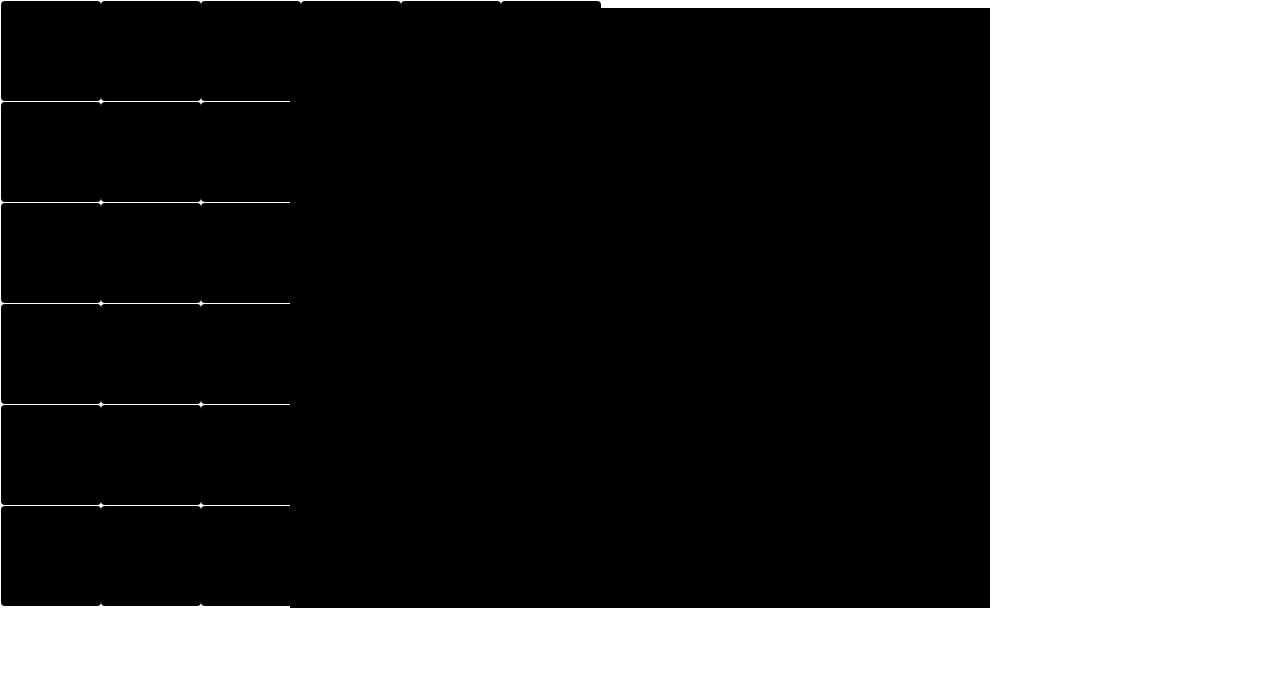
Repository: Lytecyde/emomemo
Page: html/index.html
An editor plug-in stored every save of this project. The page is shown before and after the next save, followed by the edit.
The browser window is 1280 px wide. The pictures show the whole page.

Above is the page before, as saved 2020-03-31 09:23:48.

### html/index.html
<!DOCTYPE html>
<html lang="en">
<head>
    <meta charset="utf-8">
    <meta name="viewport" content="width=device-width, initial-scale=1.0">
    <link rel="stylesheet" type="text/css" href="../css/style.css">
    <script type="text/javascript" src="../js/data.js"></script>
    <script type="text/javascript" src="../js/game.js"></script>
</head>
<body onload="game.onload();">
<div id="table">

</div>



</body>
</html>

### css/style.css
#table {
    osition: absolute;
  margin: auto;
  top: 0;
  right: 0;
  bottom: 0;
  left: 0;
  width: 700px;
  height: 600px;
  background-color: black;
}

#column {
    position: relative;
}

.card-flip {
    position: relative;
    background-color: aqua;
    width: 100px;
    height: 100px;
    margin: 1px;
    border-color: aqua;
    border-radius: 4px;
}

.card {
    position: relative;
    background: #000;
    font-size: 80px;
    color:white;
    width: 100px;
    height: 100px;
    margin: 1px;
    border-color: aqua;
    border-radius: 4px;
}

#c0 {
    position: fixed;
    top: 0px;
    left: 0px;
    width: 100px;
    height: 600px;
}

#c1 {
    position: fixed;
    top: 0px;
    left: 100px;
    width: 100px;
    height: 600px;
}

#c2 {
    position: fixed;
    top: 0px;
    left: 200px;
    width: 100px;
    height: 600px;
}
#c3 {
    position: fixed;
    top: 0px;
    left: 300px;
    width: 100px;
    height: 600px;
}

#c4 {
    position: fixed;
    top: 0px;
    left: 400px;
    width: 100px;
    height: 600px;
}

#c5 {
    position: fixed;
    top: 0px;
    left: 500px;
    width: 100px;
    height: 600px;
}

#c6 {
    position: fixed;
    top: 0px;
    left: 600pc;
    width: 100px;
    height: 600px;
}

### js/data.js
var data = {
    listOfEmoji: [
        "😯","😲",
        "🤪","🤩",
        "😌","😁",
        "😃","😃",
        "️️☺","😉",
        "😌","😍",
        "😪","😴",
        "😇","🤗",
        "😐","😑"
    ],
    doubleListOfEmoji: [
        "😯","😲",
        "🤪","🤩",
        "😌","😁",
        "😃","😆",
        "️️☺","😉",
        "🤣","😍",
        "😪","😴",
        "😇","🤗",
        "😐","😑",

        "😯","😲",
        "🤪","🤩",
        "😌","😁",
        "😃","😆",
        "️️☺","😉",
        "🤣","😍",
        "😪","😴",
        "😇","🤗",
        "😐","😑"
    ],
    maxColumns: 6,
    maxRows: 6

}

### js/game.js
/*jslint
    browser: true
*/
/*global window,console,document,data*/

var game = {
    ids: [[]],
    isFlippedArray: [[]],
    NO_EFFECT_ONCLICK: 1,
    ONCLICK: 2,
    status: 2,
    timeForCheckStart: 0,
    nowTime: 0,
    emojiArray: [],
    firstEmojiCard: "",
    secondEmojiCard: "",
    matchedCardsList: []
}

game.twoDimensionalArray = function () {
    var arr = [];
    while (arr.length < 6) {
        arr.push([]);
    }
    return arr;
};

game.createIsFlippedArray = function () {
    game.isFlippedArray = game.twoDimensionalArray();
    for (let x = 0; x < 6; x++) {
        for (let y = 0; y < 6; y++) {
            game.isFlippedArray[x][y] = false;
        }
    }
};

game.onload = function () {
    game.emojiArray = game.shuffle(data.doubleListOfEmoji);
    console.log(game.emojiArray);

    game.createIsFlippedArray();
    game.createTable();
};

game.shuffle = function(array) {
    var currentIndex = array.length;
    var temporaryValue;
    var randomIndex;

    while (0 !== currentIndex) {
        randomIndex = Math.floor(Math.random() * currentIndex);
        currentIndex -= 1;
        temporaryValue = array[currentIndex];
        array[currentIndex] = array[randomIndex];
        array[randomIndex] = temporaryValue;
    }

    return array;
};

game.DIVcard = function (x, y) {
    var card = document.createElement("div");
    var id =  game.ids[x][y];
    card.id = id;
    card.className = "card";
    card.addEventListener('click', () => game.flip(id));
    return card;
};

game.createTable = function () {
    game.makeIDsForGameTable();
    var tableDIV = document.getElementById("table");

    for (let x = 0; x < data.maxColumns; x++) {
        var column = document.createElement("div");
        column.classNamed = "column";
        column.id = "c" + x;
        tableDIV.appendChild(column);
        for (let y = 0; y < data.maxRows; y++) {
            var card = game.DIVcard(x, y);
            column.appendChild(card);
        }
    }
};

game.makeIDsForGameTable = function () {
    game.ids = game.twoDimensionalArray();
    for (let x = 0; x < data.maxColumns; x++) {
        for (let y = 0; y < data.maxRows; y++) {
            game.ids[x][y] = "x" + x + "y" + y;
        }
    }
};

game.flip = function (id) {
    var x = 0;
    var y = 0;
    console.log(id);
    x = (id).substring(1, 2);
    y = (id).substring(3, 4);
    if (!game.isFlippedArray[x][y]) {
        if(game.onFirstFlip(x, y)) {
            return;
        }
        game.onSecondFlip(x, y);
        return;
    }

    e.target.style = "background: black";
    game.isFlippedArray[x][y] = false;

};

game.onFirstFlip = function (x, y) {
    if (game.countFlipped() === 0) {
        console.log("first click" + game.emojiArray[game.cardIndex(x, y)]);
        game.turnDownAll();
        game.createIsFlippedArray();
        game.showFlipped();
        game.timeForCheckStart = new Date().getTime();
        game.isFlippedArray[x][y] = true;
        game.showEmoji(x,y);
        game.firstEmojiCard = game.emojiArray[game.cardIndex(x,y)];
        game.showFlipped();
        game.showMatches();
        return true;
    }
    return false;
};

game.onSecondFlip = async function (x, y) {
    if (game.countFlipped() === 1) {
        console.log("second click" + game.emojiArray[game.cardIndex(x,y)]);
        game.isFlippedArray[x][y] = true;
        console.log(game.isFlippedArray);
        game.showEmoji(x,y);

        var n = document.getElementById("x" + x + "y" + y);
        n.style = "background: aqua";
        var duration = (new Date().getTime()) - game.timeForCheckStart;
        console.log("found in " + duration);
        game.secondEmojiCard = game.emojiArray[game.cardIndex(x,y)];
        if(!game.isBothCardsMatch()) {
            await sleep(3800);
        }

        game.checkBoth();
        game.hideAllEmoji();
        game.resetTable();
        game.showFlipped();
        game.showMatches();
    }
}

game.isBothCardsMatch = function(){
    return game.firstEmojiCard === game.secondEmojiCard;
}

game.isOneofPIMPOM =  function (emo) {
    const statement = (element) => element === emo;
    if(game.matchedCardsList.some(statement)){
        return true;
    };

    return false;
};

game.showMatches = function(){
    for (let x = 0; x < data.maxColumns; x++) {
        for (let y = 0; y < data.maxRows; y++) {
            var currentEmo = game.emojiArray[game.cardIndex(x, y)];
            console.log("currentemo:" + currentEmo);
            if(game.isOneofPIMPOM(currentEmo)) {
                document.getElementById("x" + x + "y" + y).innerHTML =
                currentEmo;
            }
        }
    }
}

game.checkBoth = function () {
    console.log("checked:");
    if(game.isBothCardsMatch()) {
        game.matchedCardsList.push(game.firstEmojiCard);
        console.log("PIMPOM you got two matching cards!");
    }
};

game.cardIndex = function (x0, y0) {
    var n = 0;
    for (let x = 0; x < data.maxColumns; x++) {
        for (let y = 0; y < data.maxRows; y++) {
            if(x == x0 && y == y0){
                return n;
            }
            n++;
        }
    }
    return 0;
};

game.showEmoji = function (x, y) {
    var cardIndex = game.cardIndex(x, y);
    console.log(cardIndex + " " + x + " " + y);
    document.getElementById("x" + x + "y" +y).innerHTML =
    game.emojiArray[cardIndex];
}

game.showAllEmoji = function () {
    for (let x = 0; x < 6; x++) {
        for (let y = 0; y < 6; y++) {
            game.showEmoji(x,y);
        }
    }
};

game.hideAllEmoji = function() {
    for (let x = 0; x < 6; x++) {
        for (let y = 0; y < 6; y++) {
            document.getElementById("x" + x + "y" +y).innerHTML = "";
        }
    }
};

game.flipCheck = function (x, y) {
    return game.isFlippedArray[x][y] &&
    x < data.maxColumns &&
    y < data.maxRows;
};

game.flipIt = function (x, y) {
    if (game.flipCheck(x, y)) {
        document.getElementById("x" + x + "y" + y).style = "background: aqua";
        return;
    }
    document.getElementById(id).style = "background: black";
};

game.unflipIt = function (x, y) {
    if (! game.flipCheck(x, y)) {
        var id = "x" + x + "y" + y;
        document.getElementById(id).style = "background: black";
        return;
    }
    document.getElementById("x" + x + "y" + y).style = "background: aqua";
};

game.resetTable = function () {
    game.createIsFlippedArray();
    game.unflipAll();
};

game.unflipAll = function () {
    for (let x = 0; x < 6; x++) {
        for (let y = 0; y < 6; y++) {
            game.unflipIt(x, y);
        }
    }
};

game.turnDownAll = function () {
    for (let x = 0; x < data.maxColumns; x++) {
        for (let y = 0; y < data.maxRows; y++) {
            var id = "x" + x + "y" + y;
            document.getElementById(id).style = "background: black";
        }
    }
};

game.setAquaWhenFlipped = function (x, y) {
    if(game.isFlippedArray[x][y]) {
        var id = "x" + x + "y" + y;
        document.getElementById(id).style = "background: aqua";
    }
};

game.showFlipped = function () {
    for (let x = 0; x < data.maxColumns; x++) {
        for (let y = 0; y < data.maxRows; y++) {
            game.setAquaWhenFlipped(x, y);
        }
    }
};

game.countFlipped = function () {
    var count = 0;
    var all = game.joinArray();
    var flipped = all.filter(f => {
        if (f === true) { return "flipped" };
    });
    count = flipped.length;
    return count;
}

game.checkFlips = function () {
    game.createIsFlippedArray();
    game.unflipAll();
    game.status = game.ONCLICK;
};

game.joinArray = function () {
    var allFlips = [];
    this.isFlippedArray.forEach(function (flip) {
        allFlips = allFlips.concat(flip);
    });
    console.log(allFlips);
    return allFlips;
}



var sleep = function (ms) {
    return new Promise(resolve => setTimeout(resolve, ms));
}

After the next save:
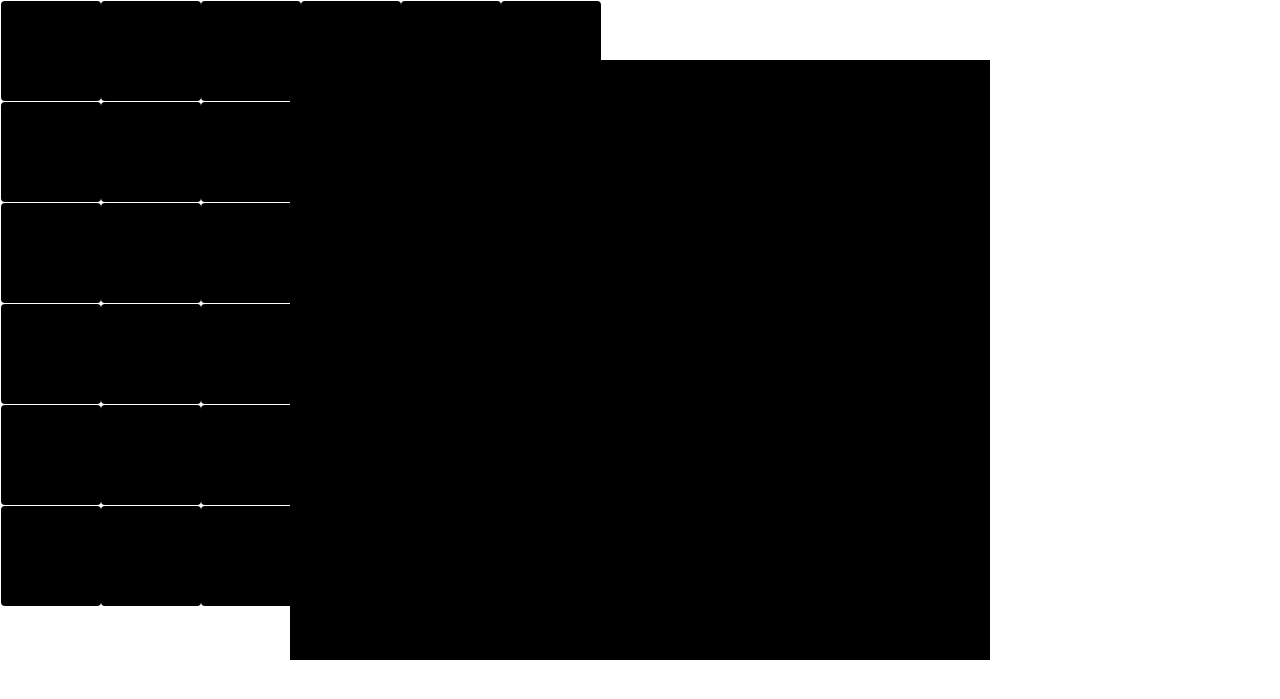
Saved 63 s later.
--- a/css/style.css
+++ b/css/style.css
@@ -1,5 +1,5 @@
 #table {
-    osition: absolute;
+    position: absolute;
   margin: auto;
   top: 0;
   right: 0;
